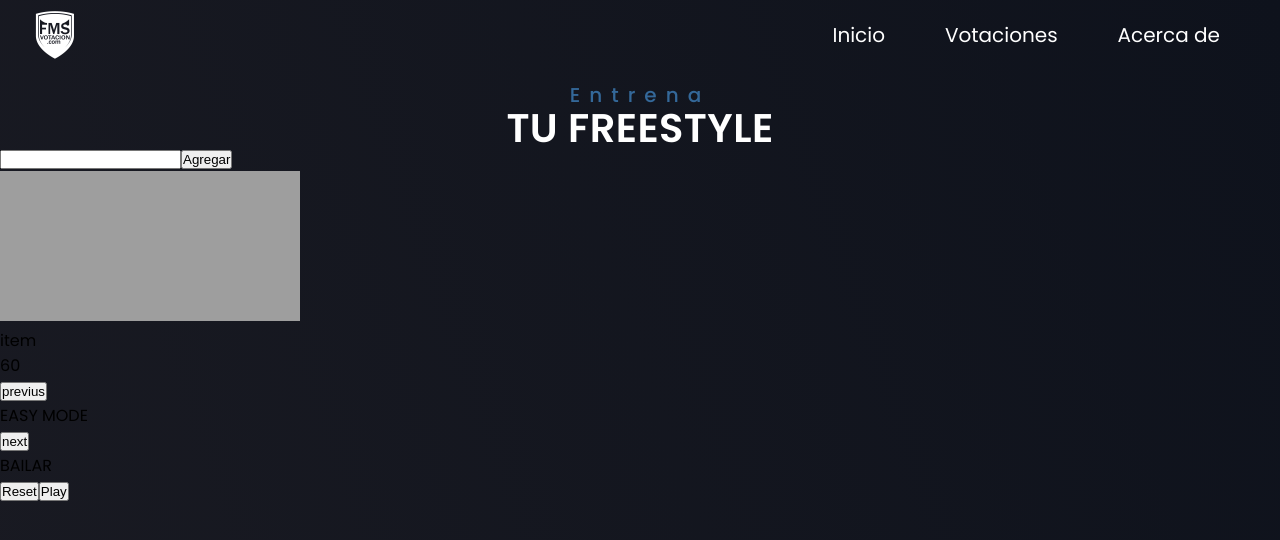
Repository: ezegonzalez912/fmsvotacion2
Page: /practice
These files come from the project's save history. The page is drawn as it stood at one moment and after the next save; the edit follows.
The browser window is 1280 px wide. The pictures show the whole page.
Pictures or frames that could not be fetched are drawn as grey boxes. The page's requests for data from a server got no answer. The project was rebuilt for these pictures with package versions that can differ from the ones it lists, and the page was loaded fresh each time. No one was signed in, and anything a server would have sent is missing. Also part of the build but not shown: src/components/screens/AboutScreen.js, src/components/Error.js, src/components/Apoya.js, src/components/screens/MainScreen.js, src/components/Contexts/CompContext.js, src/helpers/valueCheck.js, src/helpers/valueCheck2.js, src/hooks/useVote.js and 42 more.

Above is the page before, as saved 2021-08-15 00:41:30.

After the next save:
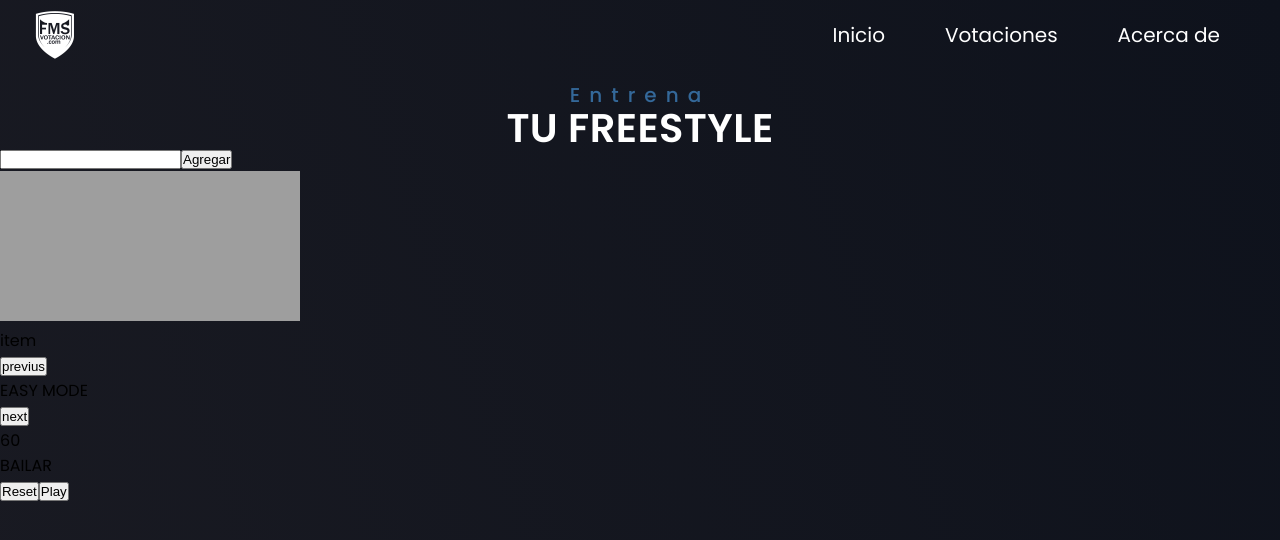
Saved 103 s later.
--- a/src/components/screens/PracticeScreen.js
+++ b/src/components/screens/PracticeScreen.js
@@ -9,26 +9,22 @@ export const PracticeScreen = () => {
                 <input type="text" name="search"/>
                 <button type="submit">Agregar</button>
             </form>
-            <div>
+            <div className="practice__main">
                 <div className="practice__select-video">
                     <iframe src="https://www.youtube.com/embed/Q07OOO0F-z8" title="YouTube video player" frameborder="0" allowfullscreen></iframe>
                     <div className="practice__video-list">
                         <div>item</div>
                     </div>
                 </div>
-                <div className="practice__main">
+                <div className="practice__counter-mode">
+                    <div className="practice__select-mode">
+                        <button>previus</button>
+                        <p>EASY MODE</p>
+                        <button>next</button>
+                    </div>
                     <p className="practice__contador">60</p>
-                    <div>
-                        <div className="practice__main-counter-mode">
-                            <div className="practice__select-mode">
-                                <button>previus</button>
-                                <p>EASY MODE</p>
-                                <button>next</button>
-                            </div>
-                            <div className="practice__palabra">
-                                <p>BAILAR</p>
-                            </div>
-                        </div>
+                    <div className="practice__palabra">
+                        <p>BAILAR</p>
                     </div>
                     <div className="practice__controls">
                         <button>Reset</button>
